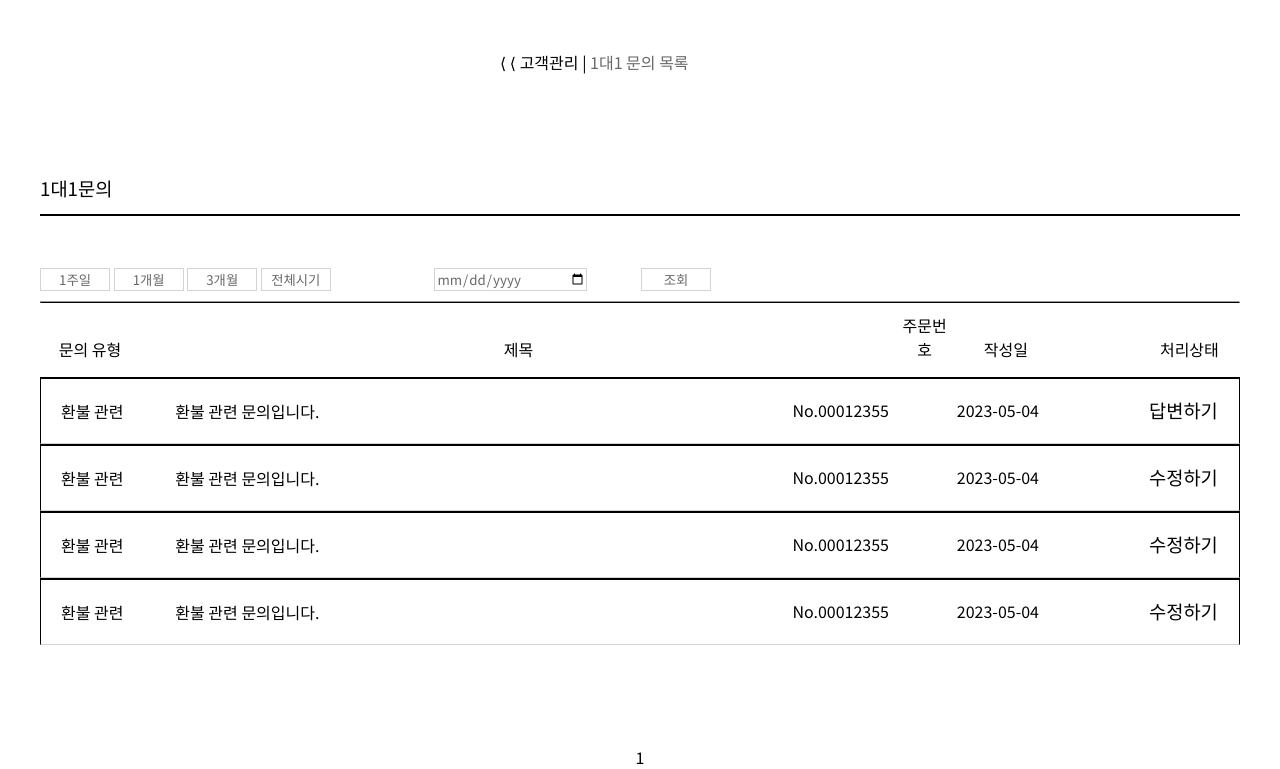
Repository: mcw9503/PassionForFashion
Page: Semi_Project/src/main/webapp/WEB-INF/QnaPage.html
An editor plug-in stored every save of this project. The page is shown before and after the next save, followed by the edit.
The browser window is 1280 px wide. The pictures show the whole page.

Above is the page before, as saved 2023-05-07 08:47:05.

### Semi_Project/src/main/webapp/WEB-INF/QnaPage.html
<!DOCTYPE html>
<html>
<head>
<meta charset="UTF-8">
<title>Insert title here</title>
<link href="https://fonts.googleapis.com/earlyaccess/notosanskr.css"
	rel="stylesheet">
</head>

<style>

* {
	outline: none;
	margin: 0;
	font-family: 'Noto Sans KR', sans-serif;
}

input[id*="answer"] {
	display: none;
}

input[id*="answer"] + label {
	display:block;
	padding:20px;
	border:1px solid black;
	border-top:2px solid black;
	border-bottom: 1px solid lightgray;
	color:black;
	font-weight:200;
	background: white;
	position: relative;
}


input[id*="answer"] + label h3 {
	position: absolute;
	top: 50%;
	right:10px;
	width:80px;
	height:30px;
	margin-top: -15px;
	border-top: none:
	background: white;
	font-weight: 200;
}

input[id*="answer"] + label span {
	position: absolute;
	top: 30%;
	right:200px;
}



input[id*="answer"] + label + div {
	max-height: 0;
	transition: all .35s;
	overflow: hidden;
	background: white;
	font-size: 11px;
	border-left: 1px solid lightgray;
	border-right: 1px solid lightgray;
}

input[id*="answer"] + label + div:last-child{
	border-bottom : 1px solid black;
}

input[id*="answer"] + label + div p {
	display:inline-block;
	padding:20px;
}

input[id*="answer"]:checked + label + div {
	max-height: 500px;
}
.qnaCategoy {
font-weight: 500;
}
hr{
border-bottom: 1px solid black;
}
div button {
	color: dimgray;
	background:white;
	border: 1px solid lightgray;
	margin-bottom: 10px;
	width: 70px;
}

div button:active{
	color: black;
	background:white;
	border: 0.5px solid black;
}

div form input {
	color: dimgray;
	background:white;
	border: 1px solid lightgray;
	margin-bottom: 10px;
	width: 70px;
}

div form input:active {
	color: black;
	background:white;
	border: 0.5px solid black;
}



</style>
<body>
	<div style="display:inline-block; margin-left: 500px; margin-bottom: 100px; margin-top: 50px;">&lang; &lang; 고객관리 <span>|</span> <span style="color:dimgray;">  1대1 문의 목록</span>
	</div>
	<div class="qnaWrap" style="width: 1200px; margin: auto;" >

		<h3 style="font-weight: 400; margin-bottom: 30px; border-bottom: 2px solid black; height: 40px;"> 1대1문의</h3>
		<div style="margin-top: 50px;">
			<form>
				<button type="button">1주일</button>
				<button type="button">1개월</button>
				<button type="button">3개월</button>
				<button type="button" name="date">전체시기</button>
				<input type="date" name="date" style="width:  150px; margin-left: 100px; margin-right: 50px;">
				<input type="submit" name="submit" value="조회">
			</form>
		</div>

		<hr style="margin-bottom: 10px; font-weight: 800; color:black;">

		<div style="display: inline-block; text-align: center; width: 100px; height: 40px;">
			<p>문의 유형</p>
		</div>
		<div style="display: inline-block; text-align: center; width: 750px; height: 40px;">
			<p> 제목 </p>
		</div>
		<div style="display: inline-block; text-align: center; width: 55px; height: 40px;">
			<p> 주문번호 </p>
		</div>
		<div style="display: inline-block; text-align: center; width: 100px; height: 40px; margin-right: 85px;">
			<p> 작성일 </p>
		</div>
		<div style="display: inline-block; text-align: center; width: 90px; height: 40px; ">
			<p> 처리상태 </p>
		</div>

		<input type="checkbox" id="answer01">
		<label for="answer01">
		<div class="qnaCategoy" style="display: inline-block; width: 100px;">환불 관련</div>
		&nbsp;&nbsp;
		환불 관련 문의입니다.
		<span style="margin-right: 150px;">No.00012355</span>
		<span>2023-05-04</span>
		<h3 class="ansComplete"style="margin-left: 15px; ">답변하기</h3></label>
		<div>
			<p class="qnaAnswer"></p>
		</div>

		<input type="checkbox" id="answer02">
		<label for="answer02">
		<div class="qnaCategoy" style="display: inline-block; width: 100px;">환불 관련</div>
		&nbsp;&nbsp;
		환불 관련 문의입니다.
		<span style="margin-right: 150px;">No.00012355</span>
		<span>2023-05-04</span>
		<h3 class="ansComplete" style="margin-left: 15px;"></h3></label>
		<div>
			<p class="qnaAnswer">답변완료 해드렸습니다.</p>
		</div>

		<input type="checkbox" id="answer03">
		<label for="answer03">
		<div class="qnaCategoy" style="display: inline-block; width: 100px;">환불 관련</div>
		&nbsp;&nbsp;
		환불 관련 문의입니다.
		<span style="margin-right: 150px;">No.00012355</span>
		<span>2023-05-04</span><h3 class="ansComplete" style="margin-left: 15px;">답변하기</h3></label>
		<div>
			<p class="qnaAnswer">답변완료 해드렸습니다. 다른 문의는 더 필요 없으신가요.
			저희 쇼핑몰을 이용해주셔서 감사드립니다. 좋은 하루 보내세요.</p>
		</div>

		<input type="checkbox" id="answer04">
		<label for="answer04">
		<div class="qnaCategoy" style="display: inline-block; width: 100px;">환불 관련</div>
		&nbsp;&nbsp;
		환불 관련 문의입니다.
		<span style="margin-right: 150px;">No.00012355</span>
		<span>2023-05-04</span><h3  class="ansComplete" style="margin-left: 15px;">답변하기</h3></label>
		<div>
			<p class="qnaAnswer">답변완료 해드렸습니다. 다른 문의는 더 필요 없으신가요.
			저희 쇼핑몰을 이용해주셔서 감사드립니다. 좋은 하루 보내세요.</p>
		</div>

		<div class="pageNum" style="margin-top: 100px; text-align: center;">1</div>

	</div>



	<script>
	window.onload = function(){
	const qnaAnswer = document.querySelectorAll(".qnaAnswer");
	const ansComplete = document.querySelectorAll(".ansComplete");


		for(i=0; i<qnaAnswer.length; i++){
			if(qnaAnswer[i].innerText == ""){
				ansComplete[i].innerText="답변하기";
			}else{
				ansComplete[i].innerText = "수정하기";
			}

		}



	}

	</script>

</body>
</html>

After the next save:
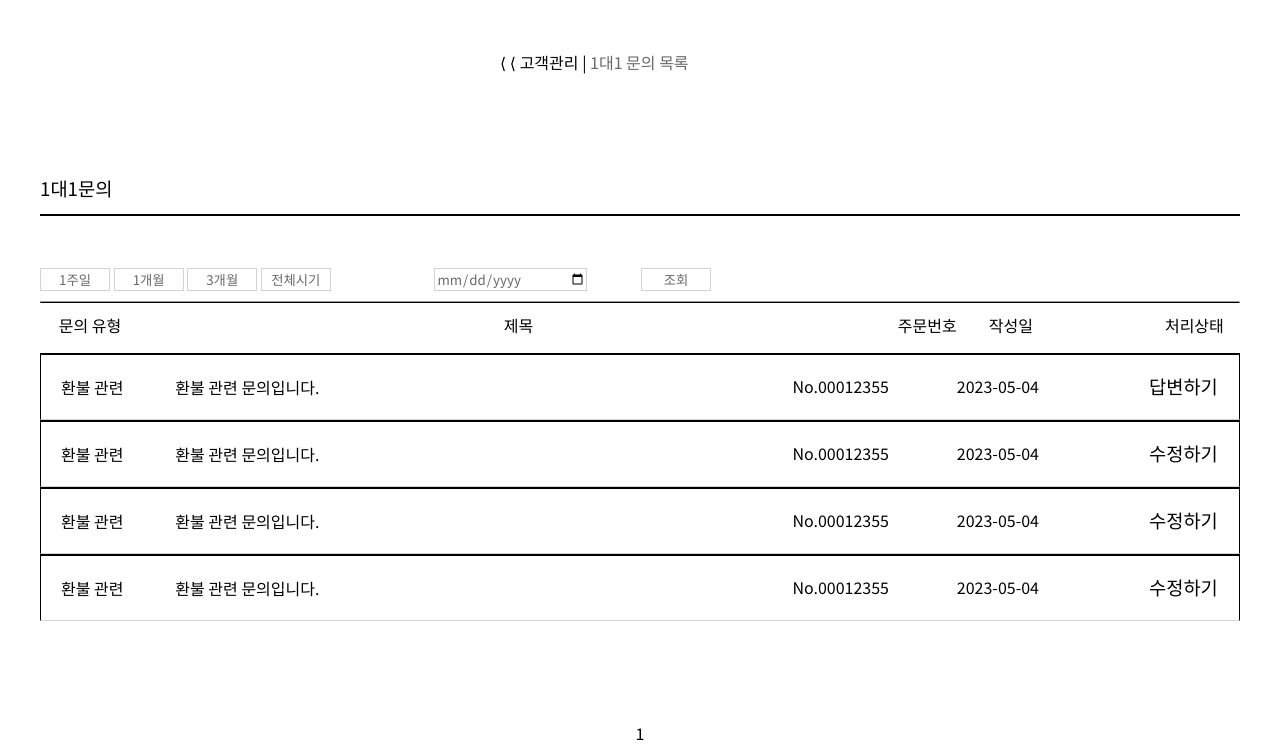
Saved 6 s later.
--- a/Semi_Project/src/main/webapp/WEB-INF/QnaPage.html
+++ b/Semi_Project/src/main/webapp/WEB-INF/QnaPage.html
@@ -136,7 +136,7 @@ div form input:active {
 		<div style="display: inline-block; text-align: center; width: 750px; height: 40px;">
 			<p> 제목 </p>
 		</div>
-		<div style="display: inline-block; text-align: center; width: 55px; height: 40px;">
+		<div style="display: inline-block; text-align: center; width: 60px; height: 40px;">
 			<p> 주문번호 </p>
 		</div>
 		<div style="display: inline-block; text-align: center; width: 100px; height: 40px; margin-right: 85px;">
